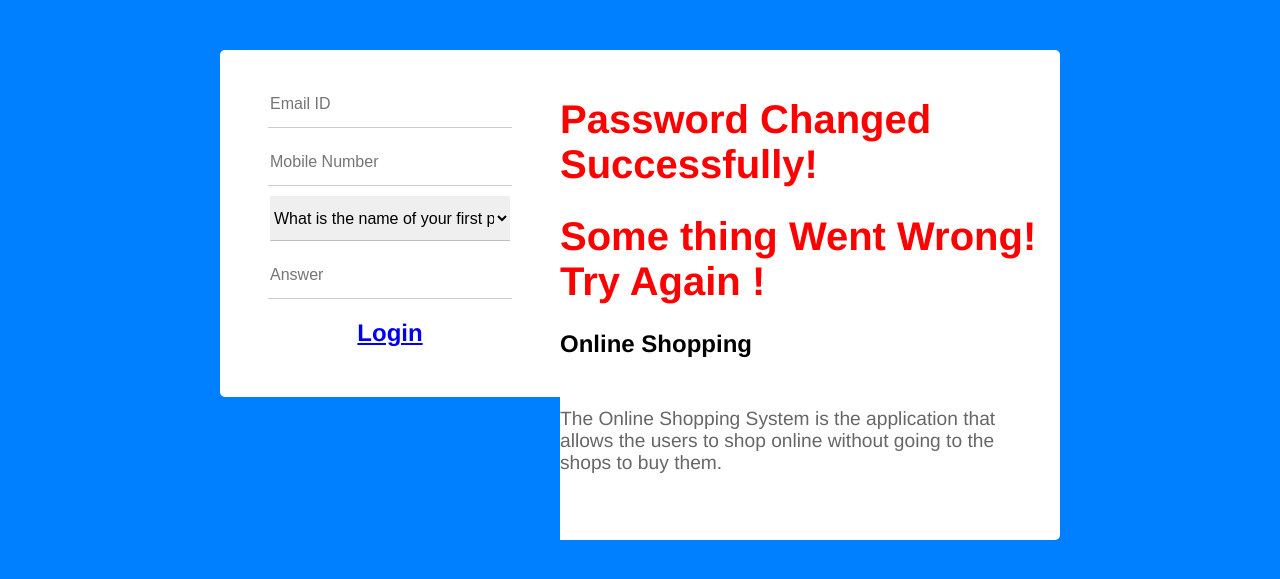
Repository: RajanKr004/E-commerce-Website-for-Sporty-Shoes-
Page: http://localhost/Phase_3_Ecommerce_website/forgotPassword.jsp
These files come from the project's save history. The page is drawn as it stood at one moment and after the next save; the edit follows.
The browser window is 1280 px wide. The pictures show the whole page.
The page is served by Tomcat 9. Other server files are loaded and not shown.

Above is the page before, as saved 2022-02-09 07:42:57.

### Phase 3 Ecommerce website/src/main/webapp/forgotPassword.jsp
<!DOCTYPE html>
<html>
<head>
<link rel="stylesheet" href="css/signup-style.css">
<title>ForgotPassword</title>
</head>
<body>
<div id='container'>
  <div class='signup'>
     <input type="text" name="email" placeholder="Email ID">
     <input type="text" name="mobileNumber" placeholder="Mobile Number">
     <select name="securityQuestion" required>
					<option value="What is the name of your first pet ?">What
						is the name of your first pet ?</option>
					<option value="What is your first car ?">What is your
						first car ?</option>
					<option value="Where did you born ?">Where did you born ?</option>
					<option value="What is the name of your first school ?">What
						is the name of your first school ?</option>
				</select> <input type="text" name="answer" placeholder="Answer">
      <h2><a href="login.jsp">Login</a></h2>
  </div>
  <div class='whyforgotPassword'>

<h1>Password Changed Successfully!</h1>

<h1>Some thing Went Wrong! Try Again !</h1>

    <h2>Online Shopping</h2>
    <p>The Online Shopping System is the application that allows the users to shop online without going to the shops to buy them.</p>
  </div>
</div>
</body>
</html>

Loaded but not shown: Phase 3 Ecommerce website/src/main/webapp/css/signup-style.css (common file)

After the next save:
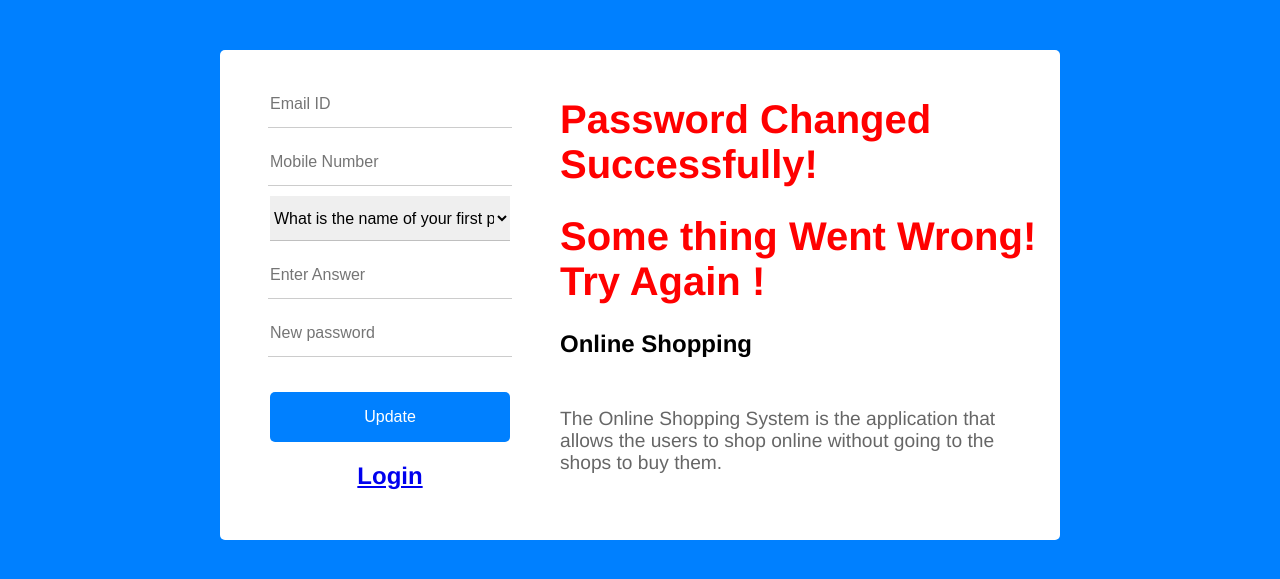
Saved 2 min 38 s later.
--- a/Phase 3 Ecommerce website/src/main/webapp/forgotPassword.jsp
+++ b/Phase 3 Ecommerce website/src/main/webapp/forgotPassword.jsp
@@ -5,30 +5,37 @@
 <title>ForgotPassword</title>
 </head>
 <body>
-<div id='container'>
-  <div class='signup'>
-     <input type="text" name="email" placeholder="Email ID">
-     <input type="text" name="mobileNumber" placeholder="Mobile Number">
-     <select name="securityQuestion" required>
-					<option value="What is the name of your first pet ?">What
-						is the name of your first pet ?</option>
-					<option value="What is your first car ?">What is your
-						first car ?</option>
-					<option value="Where did you born ?">Where did you born ?</option>
-					<option value="What is the name of your first school ?">What
-						is the name of your first school ?</option>
-				</select> <input type="text" name="answer" placeholder="Answer">
-      <h2><a href="login.jsp">Login</a></h2>
-  </div>
-  <div class='whyforgotPassword'>
+	<div id='container'>
+		<div class='signup'>
+		<form action="forgotPasswordAction" method="post"></form>
+			<input type="text" name="email" placeholder="Email ID"> <input
+				type="text" name="mobileNumber" placeholder="Mobile Number">
+			<select name="securityQuestion" required>
+				<option value="What is the name of your first pet ?">What
+					is the name of your first pet ?</option>
+				<option value="What is your first car ?">What is your first
+					car ?</option>
+				<option value="Where did you born ?">Where did you born ?</option>
+				<option value="What is the name of your first school ?">What
+					is the name of your first school ?</option>
+			</select>
+			<input type="text" name="answer" placeholder="Enter Answer">
+			<input type="password" name="password" placeholder="New password">
+			<input type="submit" value="Update">
+			<h2>
+				<a href="login.jsp">Login</a>
+			</h2>
+		</div>
+		<div class='whyforgotPassword'>
 
-<h1>Password Changed Successfully!</h1>
+			<h1>Password Changed Successfully!</h1>
 
-<h1>Some thing Went Wrong! Try Again !</h1>
+			<h1>Some thing Went Wrong! Try Again !</h1>
 
-    <h2>Online Shopping</h2>
-    <p>The Online Shopping System is the application that allows the users to shop online without going to the shops to buy them.</p>
-  </div>
-</div>
+			<h2>Online Shopping</h2>
+			<p>The Online Shopping System is the application that allows the
+				users to shop online without going to the shops to buy them.</p>
+		</div>
+	</div>
 </body>
 </html>
